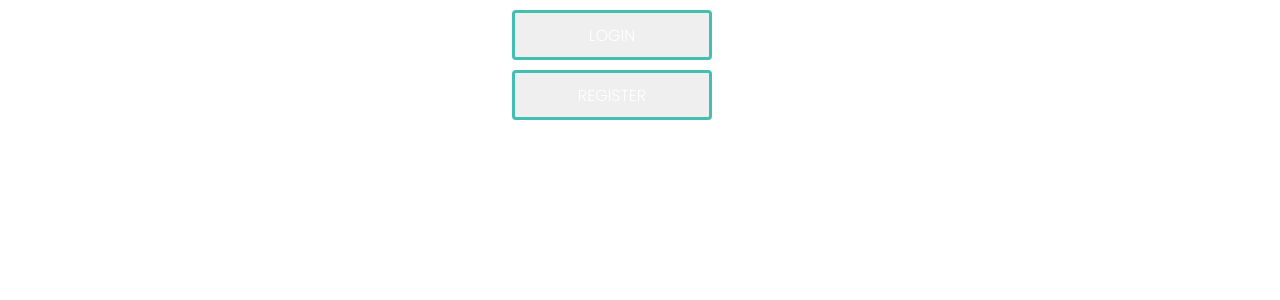
Repository: vu9ar/vu9ar.github.io
Page: WelcomePage/welcome.html
These files come from the project's save history. The page is drawn as it stood at one moment and after the next save; the edit follows.
The browser window is 1280 px wide. The pictures show the whole page.

Above is the page before, as saved 2022-03-27 19:18:44.

### WelcomePage/welcome.html
<!DOCTYPE html>
<html>

<head>
    <meta charset="UTF-8">
    <link rel="stylesheet" href="style.css">
    <link rel="preconnect" href="https://fonts.gstatic.com" crossorigin>
    <link href="https://fonts.googleapis.com/css2?family=Poppins:wght@300&display=swap" rel="stylesheet">
    <link href="https://fonts.googleapis.com/css2?family=Poppins:wght@600&display=swap" rel="stylesheet">
    <meta name="viewport" content="width-device-width, initial-scale=1.0">
    <title>TMHL</title>
</head>


<body>

    <div class="intro">
        <h1 class="logo-header">
            <span class="Logo">Mar</span> <span class="Logo">ginal</span>
        </h1>
    </div>

    <form action="../loginRegister/loginForVerified.html">
        <button class="button">LOGIN</button>
    </form>

    <form action="/loginRegister/guestToVerifiedRegister.html">
        <button class="button">REGISTER</button>
    </form>
    <script src="app.js"></script>

</body>


</html>

### WelcomePage/style.css
* {
    margin: 0;
    padding: 0;
    box-sizing: border-box;
    font-family: 'Poppins', sans-serif;
}


/* Splash */

.intro {
    position: fixed;
    z-index: 1;
    left: 0;
    right: 0;
    width: 100%;
    height: 100vh;
    background-color: #161616;
    transition: 1s;
}

.logo-header {
    position: absolute;
    top: 40%;
    left: 50%;
    transform: translate(-50%, -50%);
    color: #ffffff;
}

.Logo {
    position: relative;
    display: inline-block;
    /*left: 0;*/
    bottom: -20px;
    opacity: 0;
}

.Logo.active {
    bottom: 0;
    opacity: 1;
    transition: ease-in-out 0.5s;
}

.Logo.fade {
    bottom: 150px;
    opacity: 0;
    transition: ease-in-out 0.5;
}

.button {
    width: 200px;
    height: 50px;
    left: 40%;
    margin-top: 10px;
    bottom: 50%;
    border: none;
    color: white;
    border-radius: 4px;
    transition: ease-out 0.3s;
    font-size: 1rem;
    outline: none;
    border: 3px solid #42BFB2;
    position: relative;
    z-index: 1;
}

.button:hover {
    color: #ffffff;
    cursor: pointer;
}

.button:before {
    transition: 0.5s all ease;
    position: absolute;
    top: 0;
    left: 50%;
    right: 50%;
    bottom: 0;
    opacity: 0;
    content: "";
    background-color: #42BFB2;
}

.button:hover:before {
    transition: 0.5s all ease;
    left: 0;
    right: 0;
    opacity: 1;
    z-index: -1;
}

### WelcomePage/app.js
let intro = document.querySelector('.intro');
let logo = document.querySelector('.logo-header');
let logoSpan = document.querySelectorAll('.Logo');
let button = document.querySelectorAll('.button');

window.addEventListener('DOMContentLoaded', () => {

    setTimeout(() => {

        logoSpan.forEach((span, idx) => {
            setTimeout(() => {
                span.classList.add('active');
            }, (idx + 1) * 400);
        });

        setTimeout(() => {
            logoSpan.forEach((span, idx) => {

                setTimeout(() => {
                    span.classList.remove('active');
                    span.classList.add('fade');
                }, (idx + 1) * 50);
            })
        }, 2000);


        setTimeout(() => {
            intro.style.top = '-100vh';
        }, 2300);

        button.forEach((span, idx) => {
            setTimeout(() => {
                span.classList.add('hover');
            }, (idx + 1) * 400);
        });

        setTimeout(() => {
            button.forEach((span, idx) => {

                setTimeout(() => {
                    span.classList.remove('active');
                    span.classList.add('fade');
                }, (idx + 1) * 50);
            })
        }, 2000);


        setTimeout(() => {
            intro.style.top = '-100vh';
        }, 2300);

    });
});

After the next save:
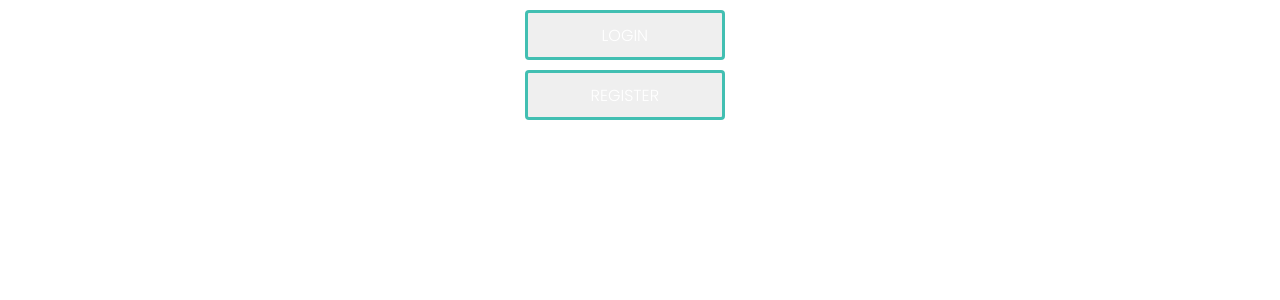
Saved 6 s later.
--- a/WelcomePage/style.css
+++ b/WelcomePage/style.css
@@ -50,7 +50,7 @@
 .button {
     width: 200px;
     height: 50px;
-    left: 40%;
+    left: 41%;
     margin-top: 10px;
     bottom: 50%;
     border: none;
